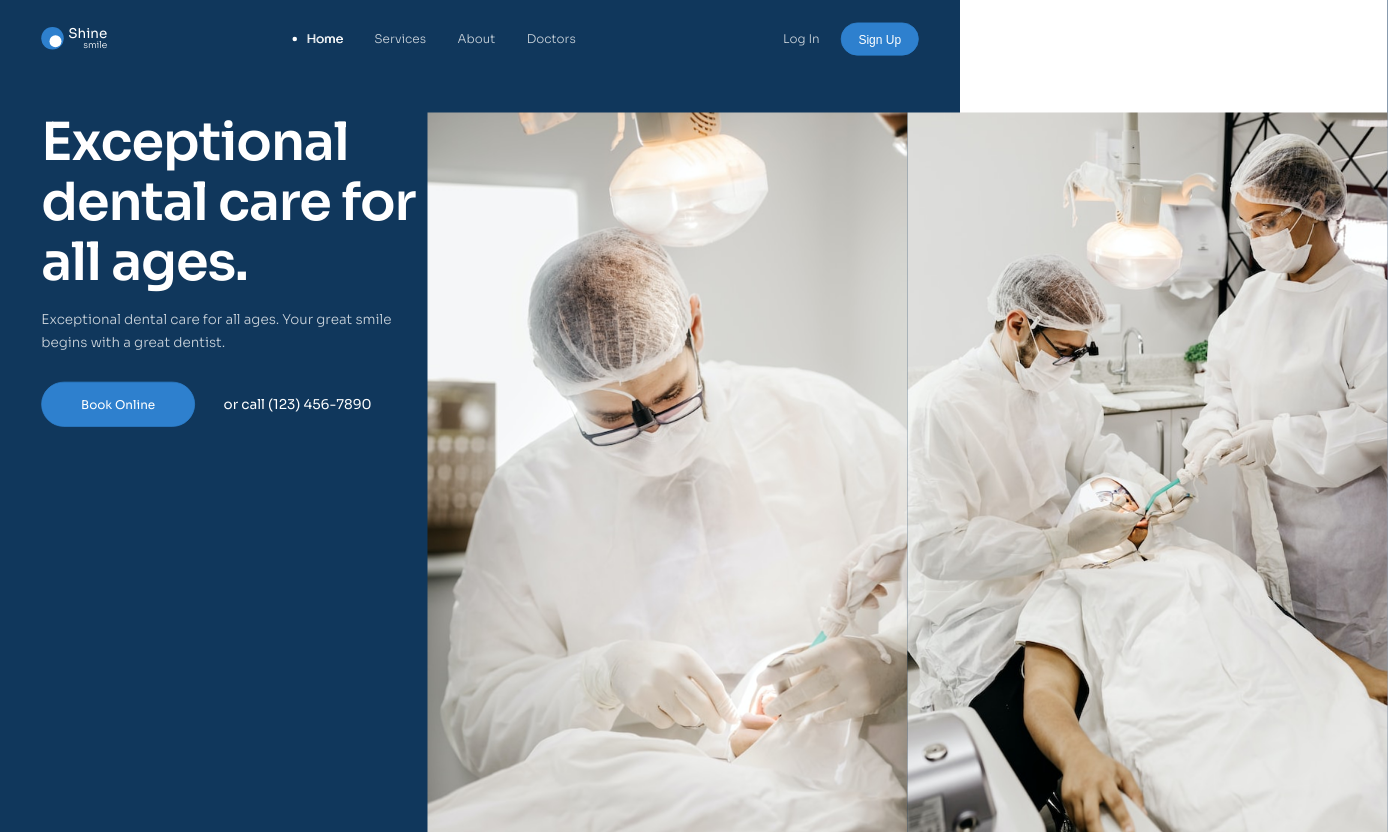
Repository: Tran-Dat/F8_Project_03
Page: index.html
An editor plug-in stored every save of this project. The page is shown before and after the next save, followed by the edit.
The browser window is 1280 px wide. The page is 1850 px wide, then 1280 px, so the pictures cover 1850 px, including what lies to the right of the window. The pictures show the whole page, at 75% of full size.

Above is the page before, as saved 2023-04-03 10:39:37.

### index.html
<!DOCTYPE html>
<html lang="en">
    <head>
        <meta charset="UTF-8" />
        <meta http-equiv="X-UA-Compatible" content="IE=edge" />
        <meta name="viewport" content="width=device-width, initial-scale=1.0" />
        <title>shine smile</title>

        <!-- Favicon -->
        <link rel="apple-touch-icon" sizes="57x57" href="./assets/favicon/" />
        <link
            rel="apple-touch-icon"
            sizes="60x60"
            href="./assets/favicon/apple-icon-60x60.png"
        />
        <link
            rel="apple-touch-icon"
            sizes="72x72"
            href="./assets/favicon/apple-icon-72x72.png"
        />
        <link
            rel="apple-touch-icon"
            sizes="76x76"
            href="./assets/favicon/apple-icon-76x76.png"
        />
        <link
            rel="apple-touch-icon"
            sizes="114x114"
            href="./assets/favicon/apple-icon-114x114.png"
        />
        <link
            rel="apple-touch-icon"
            sizes="120x120"
            href="./assets/favicon/apple-icon-120x120.png"
        />
        <link
            rel="apple-touch-icon"
            sizes="144x144"
            href="./assets/favicon/apple-icon-144x144.png"
        />
        <link
            rel="apple-touch-icon"
            sizes="152x152"
            href="./assets/favicon/apple-icon-152x152.png"
        />
        <link
            rel="apple-touch-icon"
            sizes="180x180"
            href="./assets/favicon/apple-icon-180x180.png"
        />
        <link
            rel="icon"
            type="image/png"
            sizes="192x192"
            href="./assets/favicon/android-icon-192x192.png"
        />
        <link
            rel="icon"
            type="image/png"
            sizes="32x32"
            href="./assets/favicon/favicon-32x32.png"
        />
        <link
            rel="icon"
            type="image/png"
            sizes="96x96"
            href="./assets/favicon/favicon-96x96.png"
        />
        <link
            rel="icon"
            type="image/png"
            sizes="16x16"
            href="./assets/favicon/favicon-16x16.png"
        />
        <link rel="manifest" href="./assets/favicon/manifest.json" />
        <meta name="msapplication-TileColor" content="#ffffff" />
        <meta
            name="msapplication-TileImage"
            content="./assets/favicon/ms-icon-144x144.png"
        />
        <meta name="theme-color" content="#ffffff" />

        <!-- Emmet Fonts -->
        <link rel="preconnect" href="https://fonts.googleapis.com" />
        <link rel="preconnect" href="https://fonts.gstatic.com" crossorigin />
        <link
            href="https://fonts.googleapis.com/css2?family=Sora:wght@300;400;500;600;700;800&display=swap"
            rel="stylesheet"
        />

        <!-- Reset Css -->
        <link rel="stylesheet" href="./assets/css/reset.css" />
        <link rel="stylesheet" href="./assets/css/style.css" />
    </head>
    <body>
        <header class="header">
            <div class="container">
                <!-- Header top -->
                <div class="header-top">
                    <!-- Logo -->
                    <a href="/">
                        <div class="logo">
                            <span class="logo__circle"> </span>
                            <span class="logo__text">
                                <span class="logo__brand">Shine</span>
                                <span class="logo__brand logo__brand--small">
                                    smile
                                </span>
                            </span>
                        </div>
                    </a>

                    <!-- NavBar -->
                    <nav class="navbar">
                        <ul class="navbar__list">
                            <li class="navbar__item">
                                <a
                                    href="#!"
                                    class="navbar__link navbar__item--active"
                                >
                                    Home
                                </a>
                            </li>
                            <li class="navbar__item">
                                <a href="#!" class="navbar__link">Services</a>
                            </li>
                            <li class="navbar__item">
                                <a href="#!" class="navbar__link">About</a>
                            </li>
                            <li class="navbar__item">
                                <a href="#!" class="navbar__link">Doctors</a>
                            </li>
                        </ul>
                    </nav>

                    <!-- Action -->
                    <div class="header-action">
                        <a href="" class="header-action__login">Log In</a>
                        <button href="" class="btn header-action__signup">
                            Sign Up
                        </button>
                    </div>
                </div>

                <!-- Hero -->
                <section class="hero">
                    <!-- Hero content -->
                    <section class="hero__content">
                        <h1 class="hero__heading">
                            Exceptional dental care for all ages.
                        </h1>
                        <p class="hero__desc">
                            Exceptional dental care for all ages. Your great
                            smile begins with a great dentist.
                        </p>
                        <div class="hero__row">
                            <a href="" class="btn">Book Online</a>
                            <span class="hero__phone"
                                >or call (123) 456-7890</span
                            >
                        </div>
                    </section>

                    <!-- Hero media -->
                    <div class="hero__media">
                        <figure class="hero__images">
                            <img
                                src="./assets/img/hero-01.jpg"
                                alt=""
                                class="hero__img"
                            />
                            <img
                                src="./assets/img/hero-02.jpg"
                                alt=""
                                class="hero__img"
                            />
                        </figure>
                    </div>
                </section>
            </div>
        </header>
    </body>
</html>

### assets/css/style.css
* {
    box-sizing: border-box;
}

:root {
    --header-bg: #10375c;
}

html {
    font-size: 62.5%;
}

body {
    font-size: 1.6rem;
    font-family: "Sora", sans-serif;
}

/* ================================================================ Common ================================================================ */

.btn {
    --height: 60px;

    display: inline-block;
    min-width: 205px;
    height: var(--height);
    padding: 0 20px;
    border-radius: 99px;
    border: 1px solid #2e80ce;
    font-size: 1.6rem;
    font-weight: 400;
    text-align: center;
    line-height: var(--height);
    color: #fff;
    background: #2e80ce;
}

.btn:hover {
    opacity: 0.9;
    cursor: pointer;
}

a {
    text-decoration: none;
}

.container {
    width: 1170px;
    max-width: calc(100% - 48px);
    margin: 0 auto;
}

/* ================================================================ Header ================================================================ */

.header {
    min-height: 100vh;
    background: var(--header-bg);
    padding-top: 30px;
}

.header-top {
    display: flex;
    justify-content: space-between;
    align-items: center;
}

.logo {
    display: inline-flex;
    position: relative;
    font-size: 1rem;
}

.logo__circle::before,
.logo__circle::after {
    content: "";
    display: inline-block;
    border-radius: 50%;
}

.logo__circle::before {
    width: 3em;
    height: 3em;
    background: #2e80ce;
}

.logo__circle::after {
    position: absolute;
    top: 1.1em;
    left: 1.1em;
    width: 1.6em;
    height: 1.6em;
    background: #fff;
}

.logo__text {
    margin-left: 0.6em;
    text-align: right;
    line-height: 1.6em;
}

.logo__brand {
    display: block;
    font-size: 1.8em;
    font-weight: 400;
    color: #fff;
}

.logo__brand--small {
    font-size: 1.2em;
    font-weight: 300;
}

.navbar__list {
    display: flex;
}

.header-action__login,
.navbar__link {
    padding: 4px 21px;
    font-weight: 300;
    font-size: 1.6rem;
    line-height: 1.75;
    color: #c9d2da;
}

.navbar__link:hover,
.navbar__item--active {
    text-shadow: 1px 0 0 currentColor;
    color: #fff;
}

.navbar__item--active::before {
    position: relative;
    left: -8px;
    top: -2px;
    content: "";
    display: inline-block;
    width: 6px;
    height: 6px;
    border-radius: 50%;
    background-color: #fff;
}

.header-action {
    display: flex;
    align-items: center;
}

.header-action__login {
    margin-right: 7px;
}

.header-action__signup {
    --height: 44px;
    height: var(--height);
    min-width: 104px;
}

/* ========================================== Hero =========================================== */

.hero {
    margin-top: 76px;
    display: flex;
}

/*           Hero content             */
.hero__content {
    flex-shrink: 0;
    width: 44%;
}

.hero__heading {
    font-weight: 600;
    font-size: 7rem;
    line-height: 1.14;
    letter-spacing: -0.02em;
    color: #ffffff;
}

.hero__desc {
    margin-top: 22px;
    font-weight: 300;
    font-size: 1.8rem;
    line-height: 1.67;
    color: #c9d2da;
}

.hero__row {
    display: flex;
    align-items: center;
    margin-top: 38px;
}

.hero__phone {
    margin-left: 38px;
    font-size: 1.8rem;
    line-height: 1.67;
    color: #ffffff;
}

/*           Hero media             */
.hero__media {
    flex-grow: 1;
}

.hero__images {
    display: flex;
    align-items: center;
}

Loaded but not shown: assets/css/reset.css (common file)

After the next save:
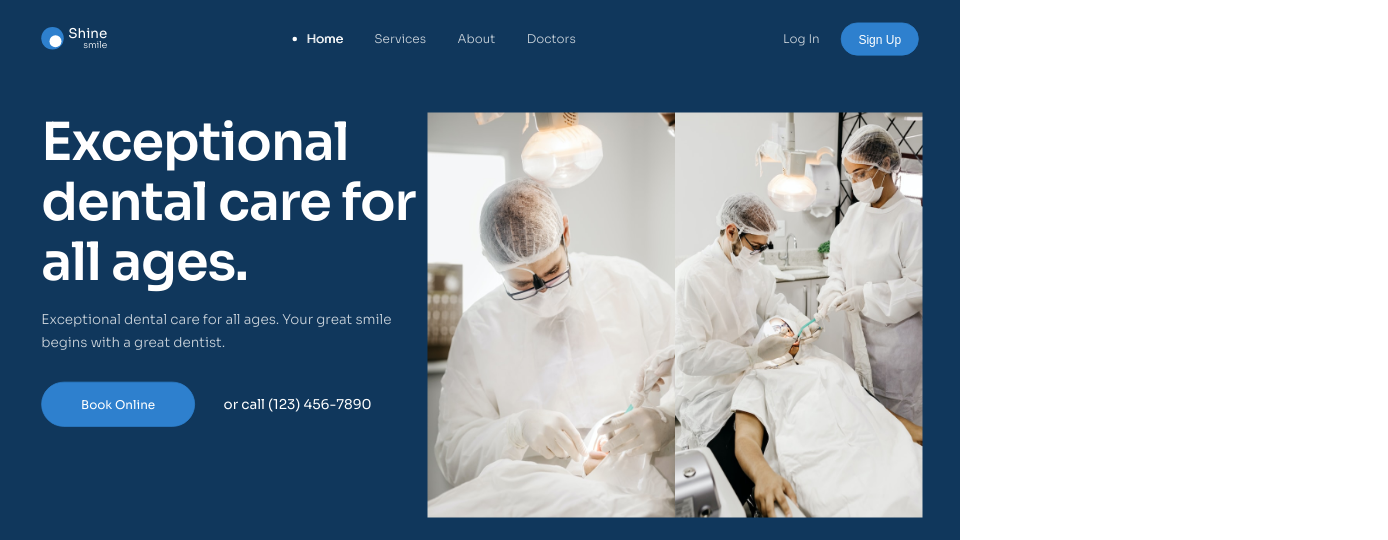
Saved 39 s later.
--- a/assets/css/style.css
+++ b/assets/css/style.css
@@ -206,3 +206,8 @@
     display: flex;
     align-items: center;
 }
+
+.hero__img {
+    width: 330px;
+    height: 540px;
+}
